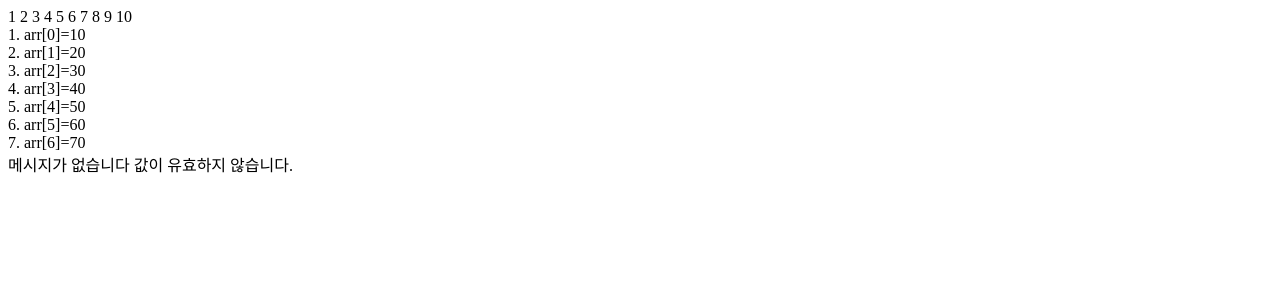
Repository: chanhee0506/spring
Page: http://localhost/ServletJSPWeb/jstl.jsp
An editor plug-in stored every save of this project. The page is shown before and after the next save, followed by the edit.
The browser window is 1280 px wide. The pictures show the whole page.
The page is served by Tomcat 9.

Above is the page before, as saved 2023-04-04 00:40:12.

After the next save:
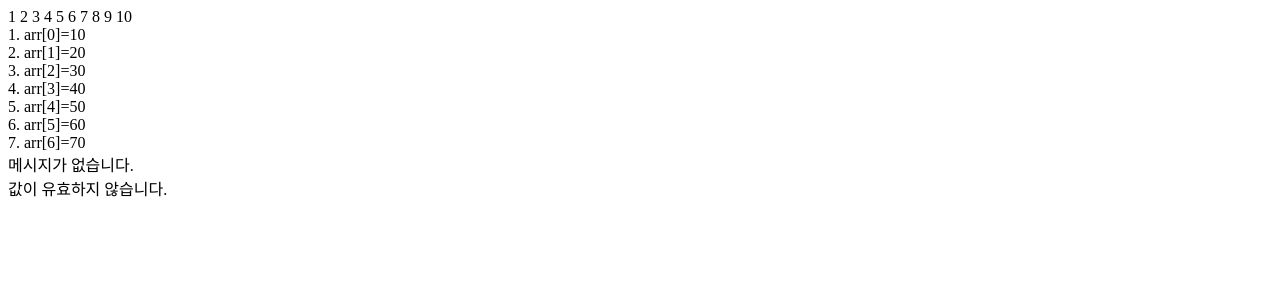
Saved 26 s later.
--- a/ServletJSPWeb/src/main/webapp/jstl.jsp
+++ b/ServletJSPWeb/src/main/webapp/jstl.jsp
@@ -30,7 +30,7 @@
 		msg=<c:out value="${param.msg }" />
 	</c:if>
 
-	<c:if test="${param.msg == null }">메시지가 없습니다</c:if>
+	<c:if test="${param.msg == null }">메시지가 없습니다.<br></a></c:if>
 
 	<c:set var="age" value="${param.age }"/>
 	<c:choose>
